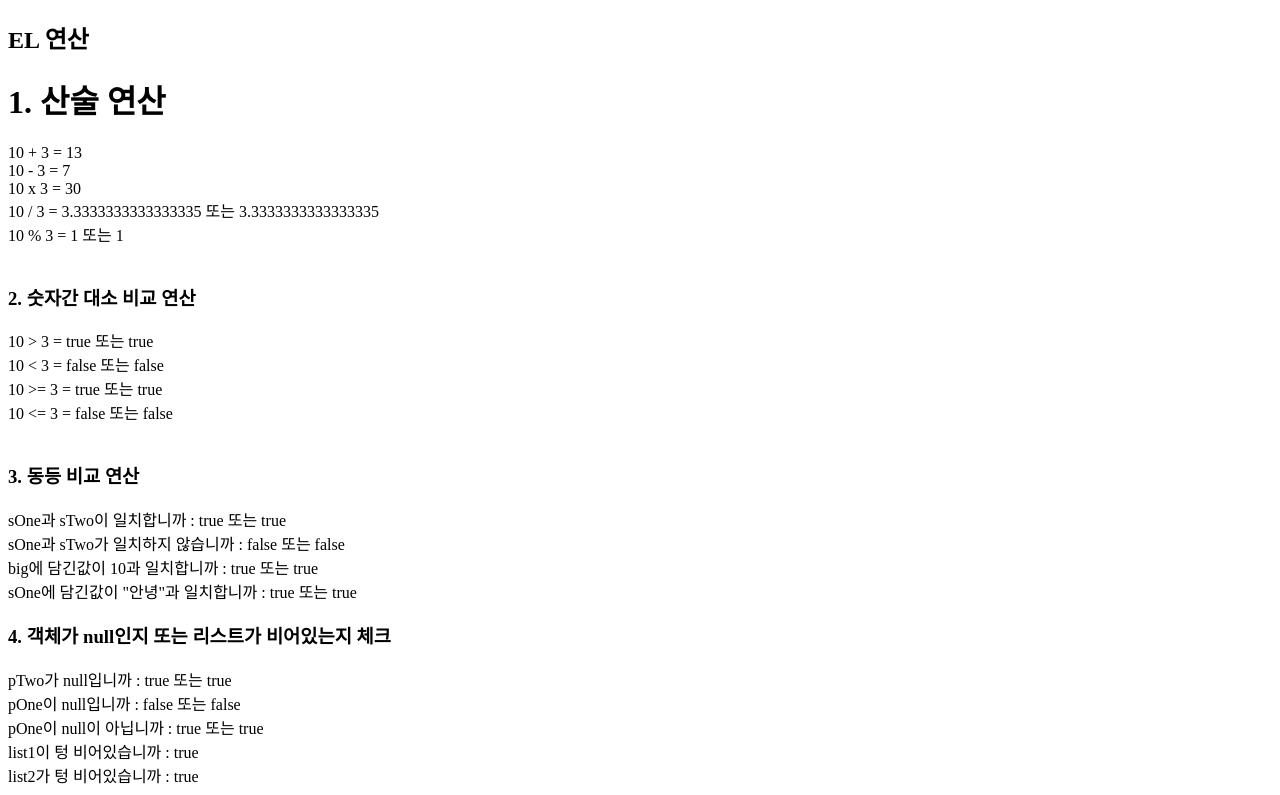
Repository: Young-27/DailyStudy
Page: http://localhost/actionProject/operation.do
These files come from the project's save history. The page is drawn as it stood at one moment and after the next save; the edit follows.
The browser window is 1280 px wide. The pictures show the whole page.
The page is served by Tomcat 9.

Above is the page before, as saved 2021-06-16 10:40:02.

After the next save:
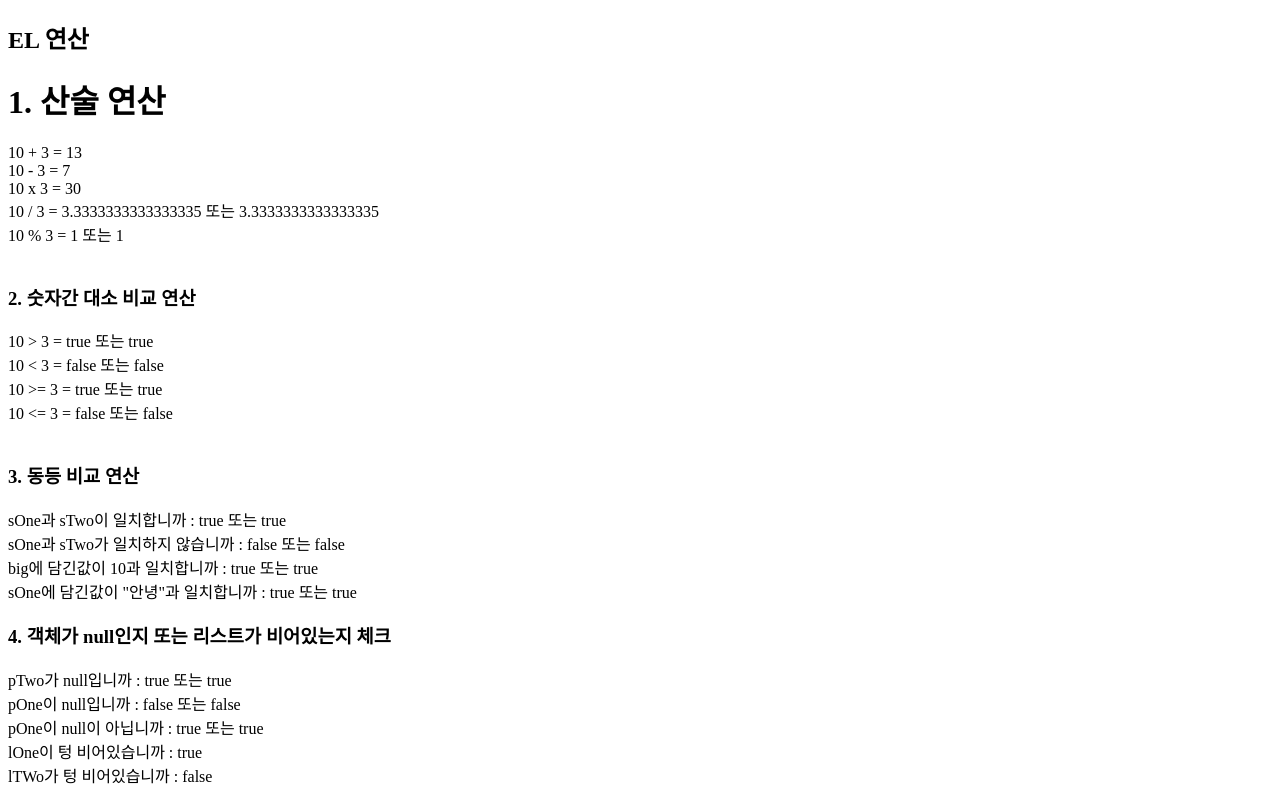
Saved 31 s later.
--- a/Server/web-workspace2/actionProject/WebContent/views/1_EL/02_elOperation.jsp
+++ b/Server/web-workspace2/actionProject/WebContent/views/1_EL/02_elOperation.jsp
@@ -41,8 +41,8 @@
 	pOne이 null입니까 : ${ pOne == null } 또는 ${ empty pOne } <br>
 	pOne이 null이 아닙니까 : ${ pOne != null } 또는 ${ !empty pOne } <br>
 
-	list1이 텅 비어있습니까 : ${ empty list1 } <br>
-	list2가 텅 비어있습니까 : ${ empty list2 } <br>
+	lOne이 텅 비어있습니까 : ${ empty lOne } <br>
+	lTWo가 텅 비어있습니까 : ${ empty lTwo } <br>
 
 
 
